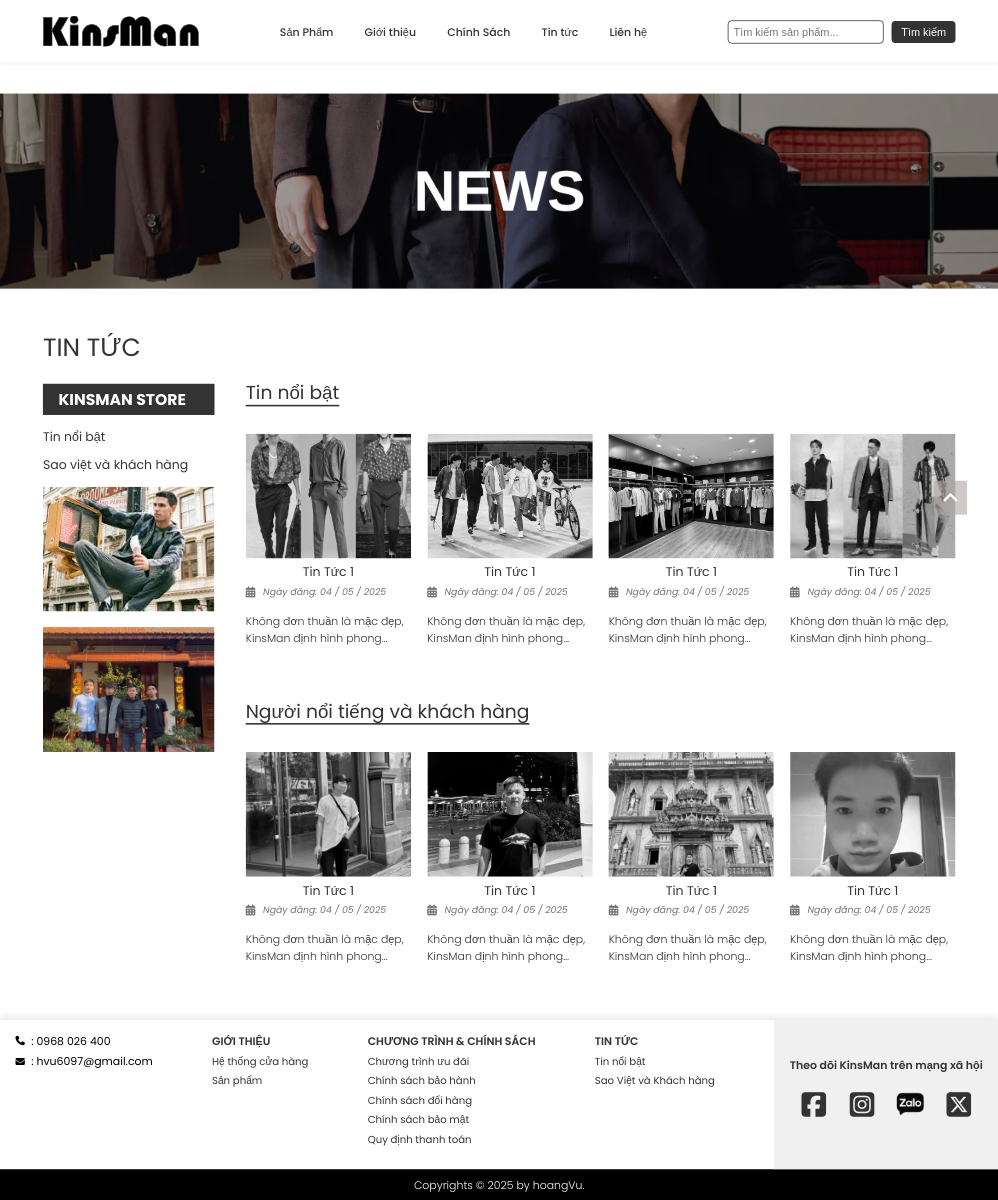
Repository: hoang28092000/kinsmanClothes
Page: category/news.html
An editor plug-in stored every save of this project. The page is shown before and after the next save, followed by the edit.
The browser window is 1280 px wide. The pictures show the whole page, at 78% of full size.

Above is the page before, as saved 2025-05-08 13:06:41.
Console error: TypeError: Cannot read properties of null (reading 'addEventListener')

After the next save:
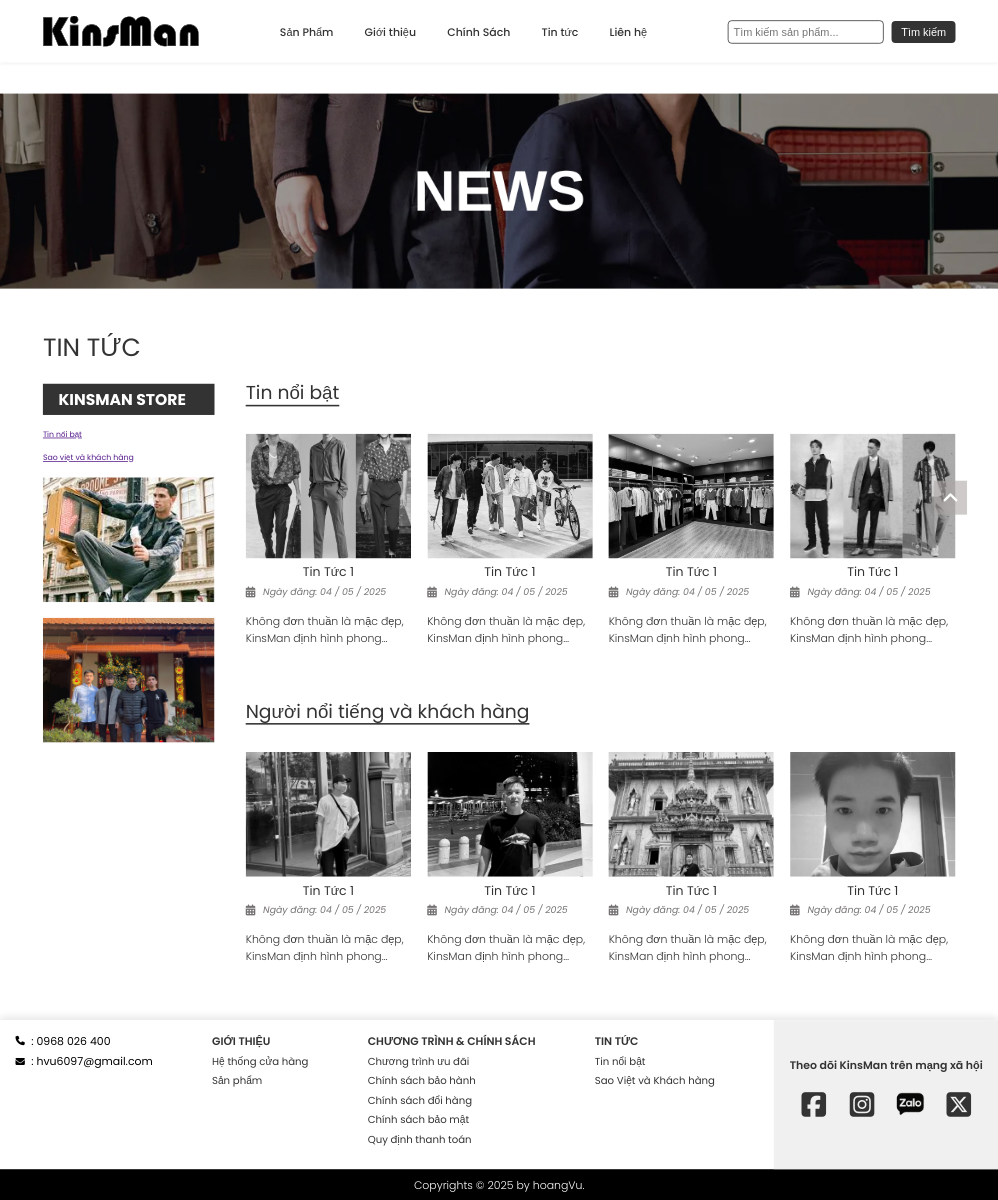
Saved 32 s later.
--- a/css/product.css
+++ b/css/product.css
@@ -241,6 +241,7 @@
 .content-news .left p {
   margin-bottom: 20px;
 }
+.content-news .left p
 .content-news .left a {
   text-decoration: none;
   font-size: 1.6rem;

After the 3 saves that followed:
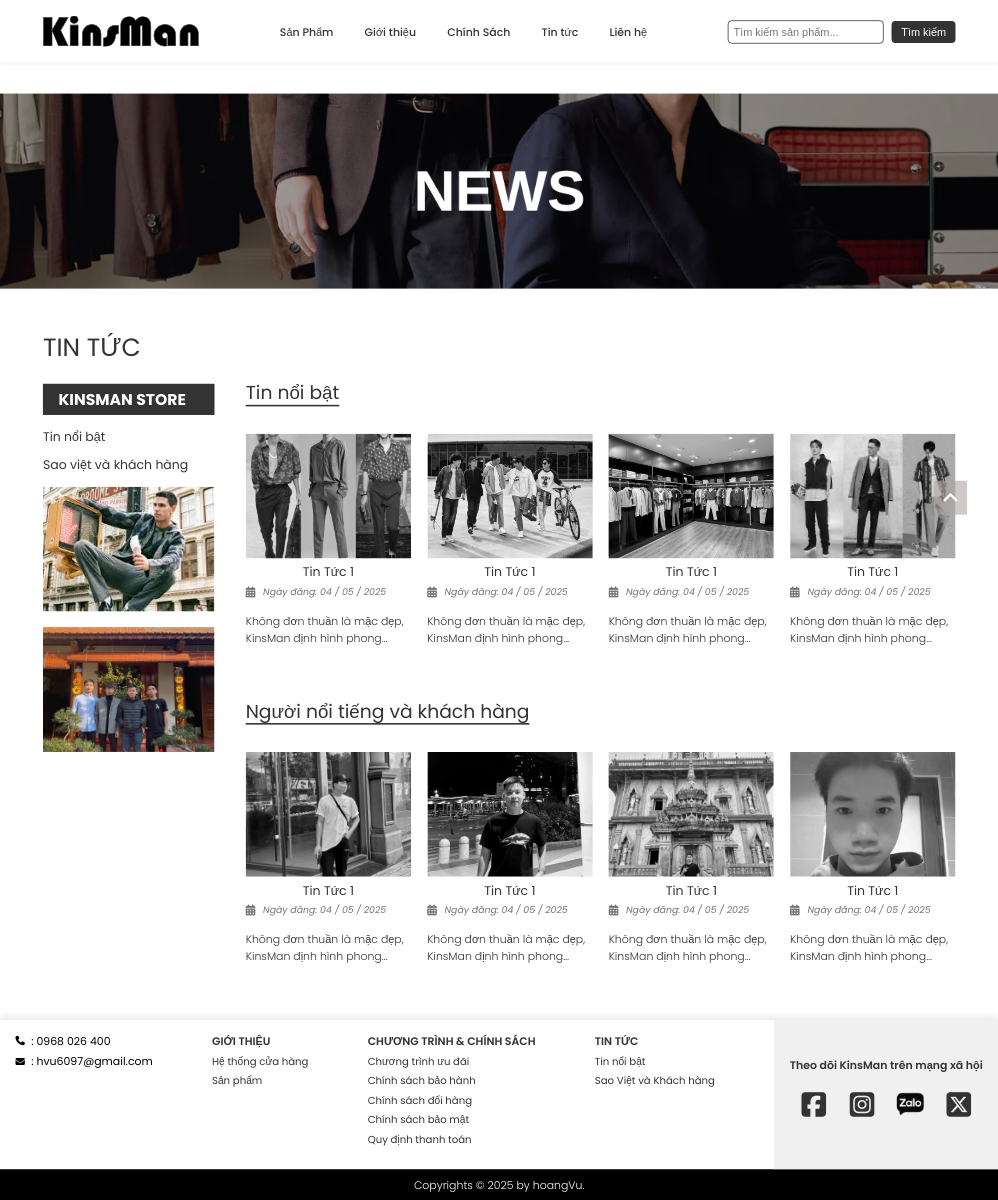
The 3 saves are shown as one change because they came seconds apart.
The last was saved 9 s later.
--- a/css/product.css
+++ b/css/product.css
@@ -241,7 +241,9 @@
 .content-news .left p {
   margin-bottom: 20px;
 }
-.content-news .left p
+.content-news .left p:last-child{
+  margin-bottom: 60px;
+}
 .content-news .left a {
   text-decoration: none;
   font-size: 1.6rem;
